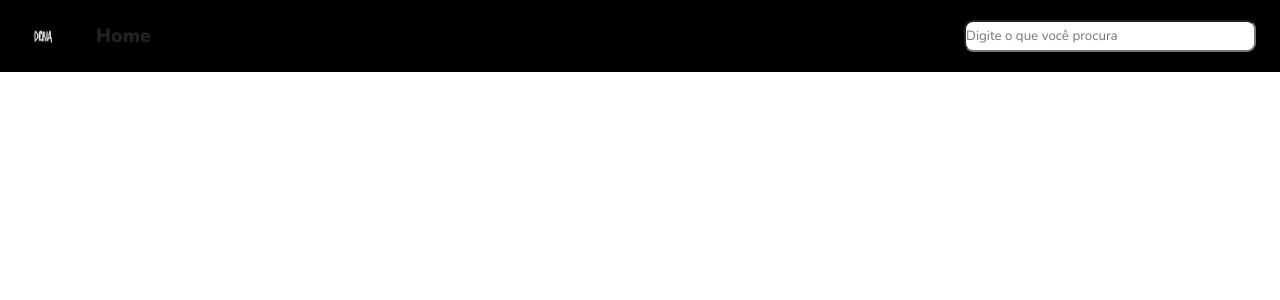
Repository: analessp/dicriastreet
Page: index.html
An editor plug-in stored every save of this project. The page is shown before and after the next save, followed by the edit.
The browser window is 1280 px wide. The pictures show the whole page.

Above is the page before, as saved 2025-04-17 12:19:35.

### index.html
<!DOCTYPE html>
<html lang="pt-BR">

<head>
    <meta charset="UTF-8">
    <meta name="viewport" content="width=device-width, initial-scale=1.0">
    <title>dicriastreet</title>
    <link rel="preconnect" href="https://fonts.googleapis.com">
    <link rel="preconnect" href="https://fonts.gstatic.com" crossorigin>
    <link
        href="https://fonts.googleapis.com/css2?family=Nunito:ital,wght@0,200..1000;1,200..1000&family=Outfit:wght@100..900&display=swap"
        rel="stylesheet">
    <link rel="stylesheet" href="style.css">
</head>

<body>
    <header>
        <nav id="header-nav">
            <img src="/assets/logo.png" alt="Logo dicriastreet" id="header-logo">
            <ul>
                <li>Home</li>
                <li>Sobre a Loja</li>
                <li>Modelos</li>
                <li>Contatos</li>
            </ul>
            </nav>
            <div id="header-search-bar">
                <input type="text" placeholder="Digite o que você procura">
                <button>
                    <img id="search-icon" src="/assets/search.svg" alt="Imagem de uma lupa">
            </div>
    </header>
    <main>

    </main>
    <footer>

    </footer>
</body>

</html>

### style.css
:root {
    --background-color: #000000;
    --font-color: #ffffff;
    --primary-color: #adaaaa;
    --secondary-color: #212121;
}

* {
    margin: 0;
    padding: 0;
    font-family: "Nunito", sans-serif;
}

body {
    height: 100vh;
}

header {
    display: flex;
    align-items: center;
    justify-content: space-between;
    height: 3.5rem;
    background-color: var(--background-color);
    gap: 1.5rem;
    padding: 0.5rem 1.5rem;
}

#header-nav {
    display: flex;
    align-items: center;
    gap: 2rem;
}

#header-logo {
    width: 2.5rem;
    height: fit-content;
    border-radius: 100%;
}


#header-nav ul {
    display: flex;
    color: var(--var-font-color);
    font-size: 1.2rem;
    list-style: none;
    gap: 2.5rem;
}

#header-nav ul li:first-child {
    color: var(--secondary-color);
    font-weight: 900;
}

#header-seach-bar {
    position: relative;
}

#header-search-bar input {
    border-radius: 9px;
    height: 1.8rem;
    width: 18rem;
    padding: 0 1 rem;
}

#header-search-bar button {
    cursor: pointer;
    height: 1.8rem;
    width: 2rem;
    border-radius: 9px;
    background-color: var(--var-font-color);
    padding: 0.2rem 0.5rem;
    border: none;
    position: absolute;
    right: 0.08rem;
    top: 0.1rem;

    &:active {
        transform: scale(0.9);
        background-color: var(--secondary-color);
    }
}

#search-icon {
    width: 0.8rem;
}

After the next save:
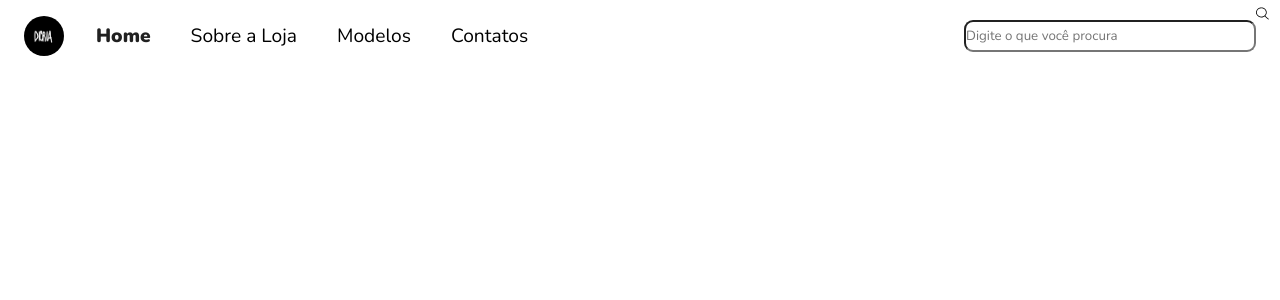
Saved 32 s later.
--- a/style.css
+++ b/style.css
@@ -20,7 +20,7 @@ header {
     align-items: center;
     justify-content: space-between;
     height: 3.5rem;
-    background-color: var(--background-color);
+    background-color: var(--font-color);
     gap: 1.5rem;
     padding: 0.5rem 1.5rem;
 }
